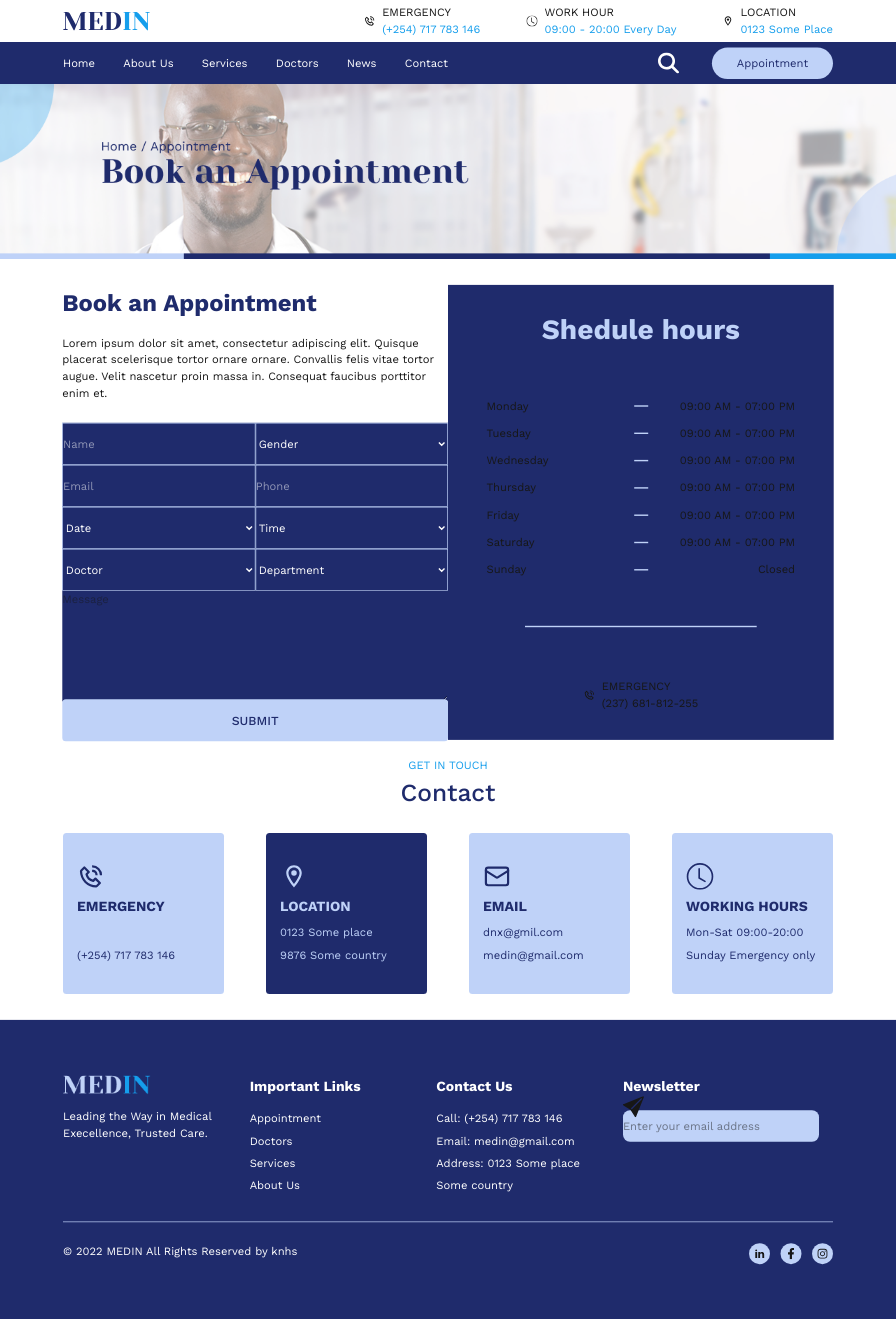
Repository: SynHK3/Poc_Hospital
Page: /appointment (app in fe_hospital/)
An editor plug-in stored every save of this project. The page is shown before and after the next save, followed by the edit.
The browser window is 1280 px wide. The pictures show the whole page, at 70% of full size.
The project was rebuilt for these pictures with package versions that can differ from the ones it lists, and the page was loaded fresh each time. The framework's server and built-in components were replaced by stand-ins that run in the browser. Also part of the build but not shown: fe_hospital/next.config.ts.

Above is the page before, as saved 2025-09-02 22:53:14.

After the next save:
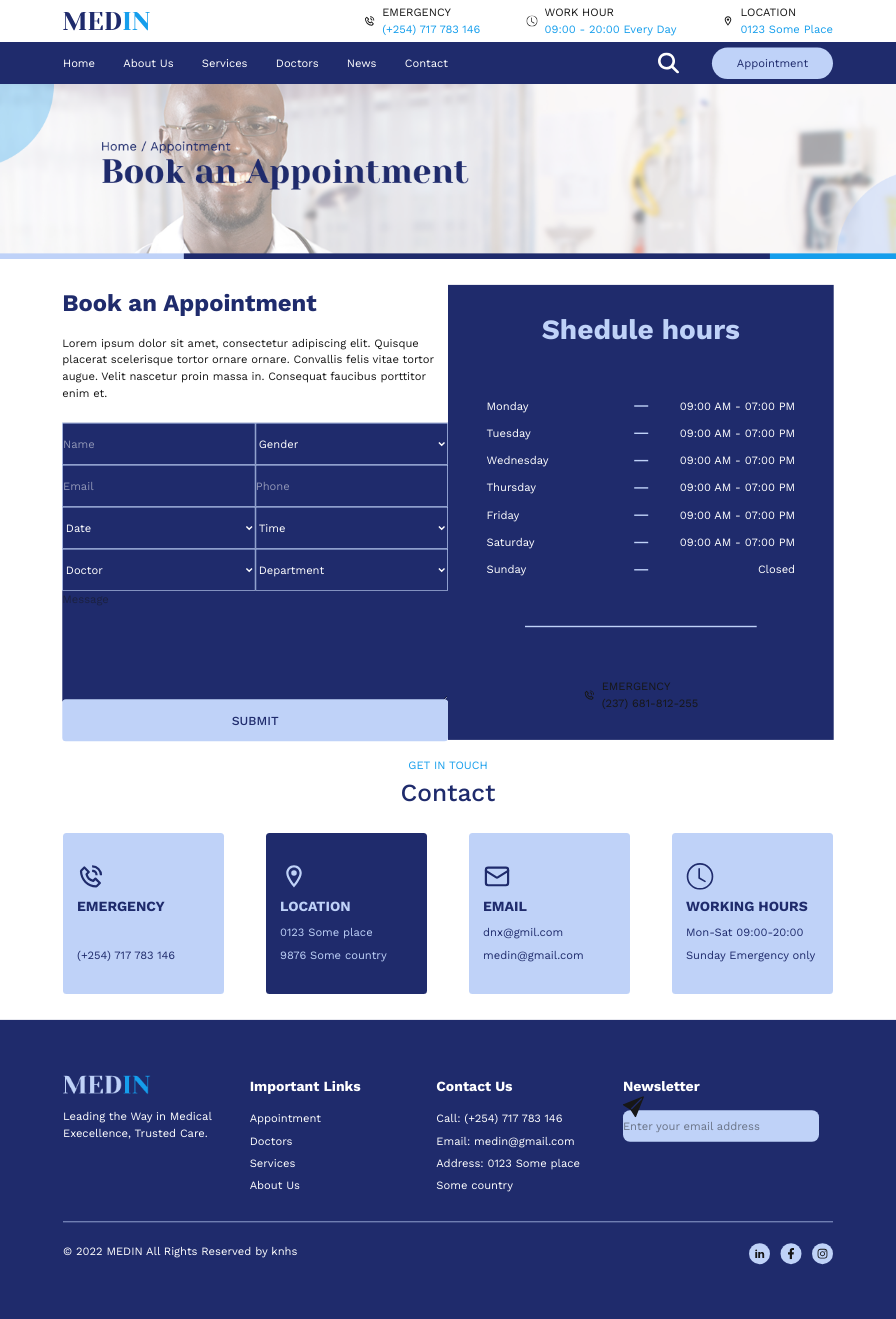
Saved 6 s later.
--- a/fe_hospital/src/app/appointment/appointment.css
+++ b/fe_hospital/src/app/appointment/appointment.css
@@ -120,7 +120,7 @@
 }
 
 .shedule__item {
-  color: ;
+  color: #ffff;
   display: flex;
   align-items: center;
 }
